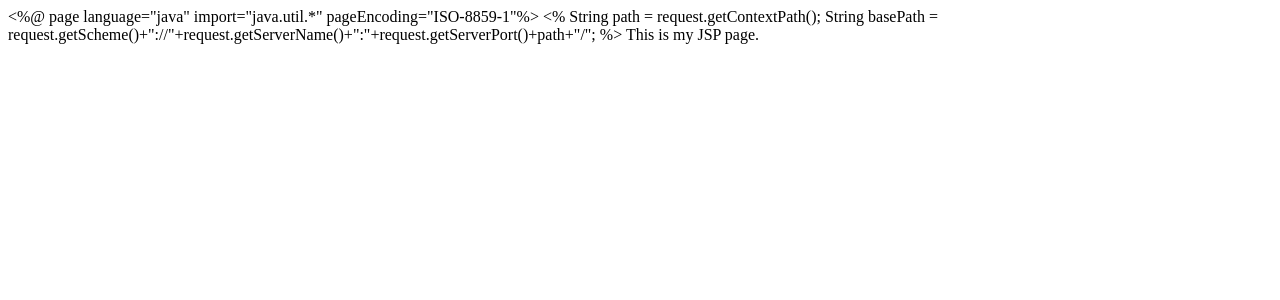
Repository: SumaiaBristy/JavaProjects
Page: LICT_Practice/HibernatePractice/SoccerLeagueHibernate/WebRoot/admin/add_league.html
The author's editor kept a copy of each file at every save. The page is drawn from the files as they stood at one save, then again after the next save.
The browser window is 1280 px wide. The pictures show the whole page.

Above is the page before, as saved 2017-01-20 05:45:52.

After the next save:
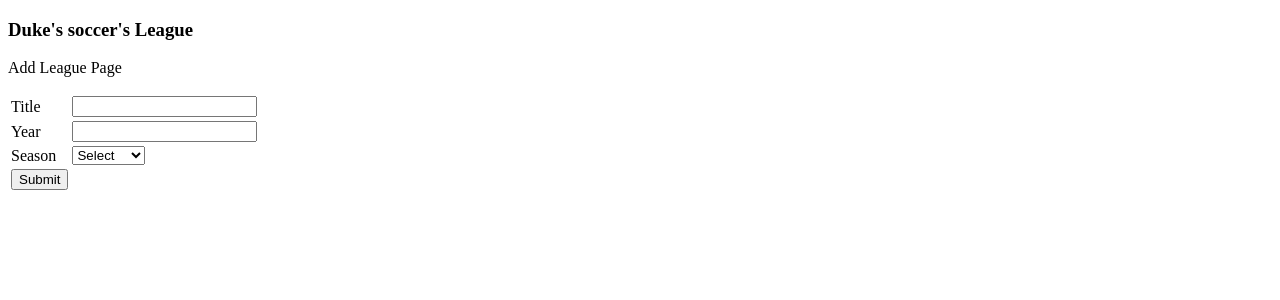
Saved 63 s later.
--- a/LICT_Practice/HibernatePractice/SoccerLeagueHibernate/WebRoot/admin/add_league.html
+++ b/LICT_Practice/HibernatePractice/SoccerLeagueHibernate/WebRoot/admin/add_league.html
@@ -1,28 +1,47 @@
-<%@ page language="java" import="java.util.*" pageEncoding="ISO-8859-1"%>
-<%
-String path = request.getContextPath();
-String basePath = request.getScheme()+"://"+request.getServerName()+":"+request.getServerPort()+path+"/";
-%>
+<!DOCTYPE html>
+<html>
 
-<!DOCTYPE HTML PUBLIC "-//W3C//DTD HTML 4.01 Transitional//EN">
-<html>
-  <head>
-    <base href="<%=basePath%>">
+<body>
+	<h3 id="heading-1" class="ui-bar ui-bar-a ui-corner-all">Duke's soccer's League</h3>
 
-    <title>My JSP 'add_league.html' starting page</title>
+	<div class="ui-body ui-body-a ui-corner-all">
+		<p>Add League Page</p>
+	</div>
 
-	<meta http-equiv="pragma" content="no-cache">
-	<meta http-equiv="cache-control" content="no-cache">
-	<meta http-equiv="expires" content="0">
-	<meta http-equiv="keywords" content="keyword1,keyword2,keyword3">
-	<meta http-equiv="description" content="This is my page">
-	<!--
-	<link rel="stylesheet" type="text/css" href="styles.css">
-	-->
+	<form  action="http://localhost:1234/Soccer_League/add_league.servlet" method="post">
+		<table >
+				<tr>
+					<td><label id="label-1">Title</label></td>
+					<td>
+						<input id="input-1" name="title"   type="text"/>
+					</td>
+				</tr>
 
-  </head>
+				<tr>
+					<td><label id="label-1">Year</label></td>
+					<td>
+						<input id="input-1" name="year"  type="text"/>
+					</td>
+				</tr>
 
-  <body>
-    This is my JSP page. <br>
-  </body>
+				<tr>
+					<td><label id="label-1">Season</label></td>
+					<td>
+						<select name="season">
+							<option value="UNKNOWN">Select</option>
+							<option value="Summer">Summer</option>
+							<option value="Winter">Winter</option>
+							<option value="Autumn">Autumn</option>
+						</select>
+					</td>
+				</tr>
+
+				<tr>
+				<td><input type="submit" value="Submit" /></td>
+				</tr>
+
+				</table>
+
+	</form>
+</body>
 </html>
